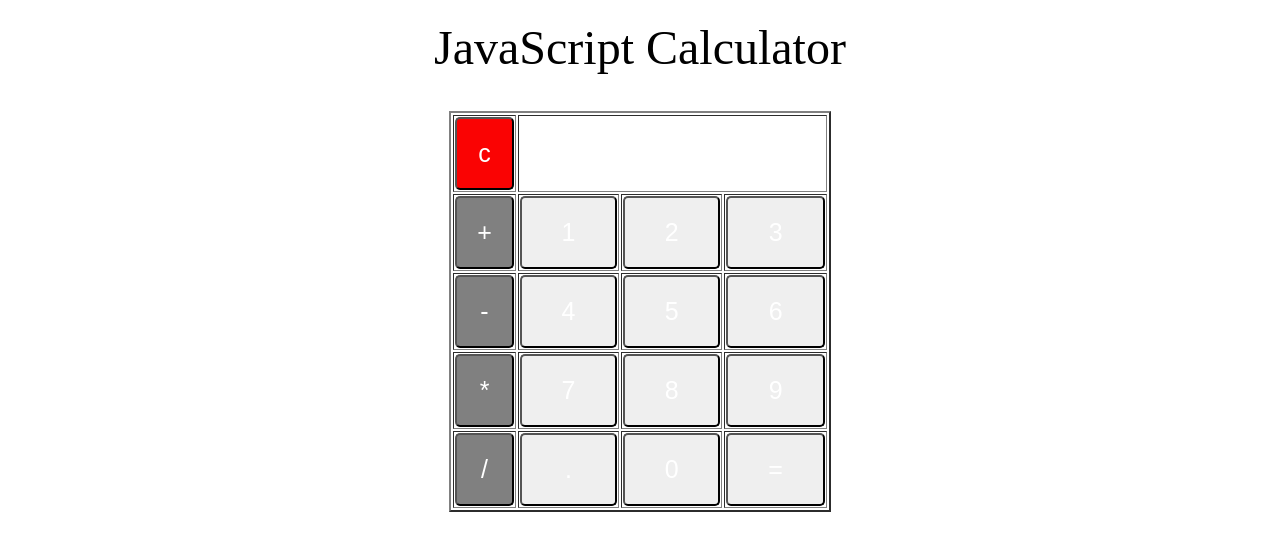
Repository: spidero7/Simple-Calculator
Page: index.html
These files come from the project's save history. The page is drawn as it stood at one moment and after a run of saves; the edit follows.
The browser window is 1280 px wide. The pictures show the whole page.

Above is the page before, as saved 2021-09-15 08:39:10.

### index.html
<!DOCTYPE html>
<html lang="en">
<head>
    <meta charset="UTF-8">
    <meta http-equiv="X-UA-Compatible" content="IE=edge">
    <meta name="viewport" content="width=device-width, initial-scale=1.0">
    <title>Calculator</title>
    <link rel="stylesheet" href="style.css">
</head>
<body>
        <div class="title">JavaScript Calculator</div>
        <div class="calculator-container">
            <table border="2">
                <tr>
                    <td><input type="button" value="c" onclick="clr()"/></td>
                    <td colspan="3"><input type="text" id="textval"/></td>
                </tr>
                <tr>
                    <td><input type="button" value="+" class="action" onclick="display('+')"/></td>
                    <td><input type="button" value="1" class="numbers" onclick="display('1')"/></td>
                    <td><input type="button" value="2" class="numbers" onclick="display('2')"/></td>
                    <td><input type="button" value="3" class="numbers" onclick="display('3')"/></td>
                </tr>
                <tr>
                    <td><input type="button" value="-" class="action" onclick="display('-')"/></td>
                    <td><input type="button" value="4" class="numbers" onclick="display('4')"/></td>
                    <td><input type="button" value="5" class="numbers" onclick="display('5')"/></td>
                    <td><input type="button" value="6" class="numbers" onclick="display('6')"/></td>
                </tr>
                <tr>
                    <td><input type="button" value="*" class="action" onclick="display('*')"/></td>
                    <td><input type="button" value="7" class="numbers" onclick="display('7')"/></td>
                    <td><input type="button" value="8" class="numbers" onclick="display('8')"/></td>
                    <td><input type="button" value="9" class="numbers" onclick="display('9')"/></td>
                </tr>
                <tr>
                    <td><input type="button" value="/" class="action" onclick="display('/')"/></td>
                    <td><input type="button" value="." class="numbers" onclick="display('.')"/></td>
                    <td><input type="button" value="0" class="numbers" onclick="display('0')"/></td>
                    <td><input type="button" value="=" class="equals" onclick="equals()"/></td>
                </tr>
            </table>
        </div>
    <script src="app.js"></script>
</body>
</html>

### style.css
* {
    box-sizing: border-box;
}

body {
    margin: 0;
    padding: 0;
}

.calculator-container {
    display: flex;
    justify-content: center;
    align-items: center;
    width: 100vw;
    height: 60vh;
}

.title {
    display: flex;
    text-align: center;
    margin: 20px;
    font-size: 3rem;
    justify-content: center;
}


input[type="button"] {
    color: white;
    border-radius: 5px;
    border-color: black;
    width: 100%;
    padding: 20px;
    font-size: 25px;
    cursor: pointer;
}

input[type="text"] {
    text-align: right;
    background-color: none;
    color: black;
    border: none;
    width: 100%;
    padding: 20px;
    font-size: 20px;
}

input[value="c"] {
    background-color: rgb(250, 3, 3);
}

.action {
    background-color: grey;
}

.numbers

### app.js
function display(val) {
    document.getElementById("textval").value+=val
}

function equals() {
    let x = document.getElementById("textval").value
    let y = eval(x)
    document.getElementById('textval').value = y
}

function clr() {
    document.getElementById('textval').value = ""
}

After the next 2 saves:
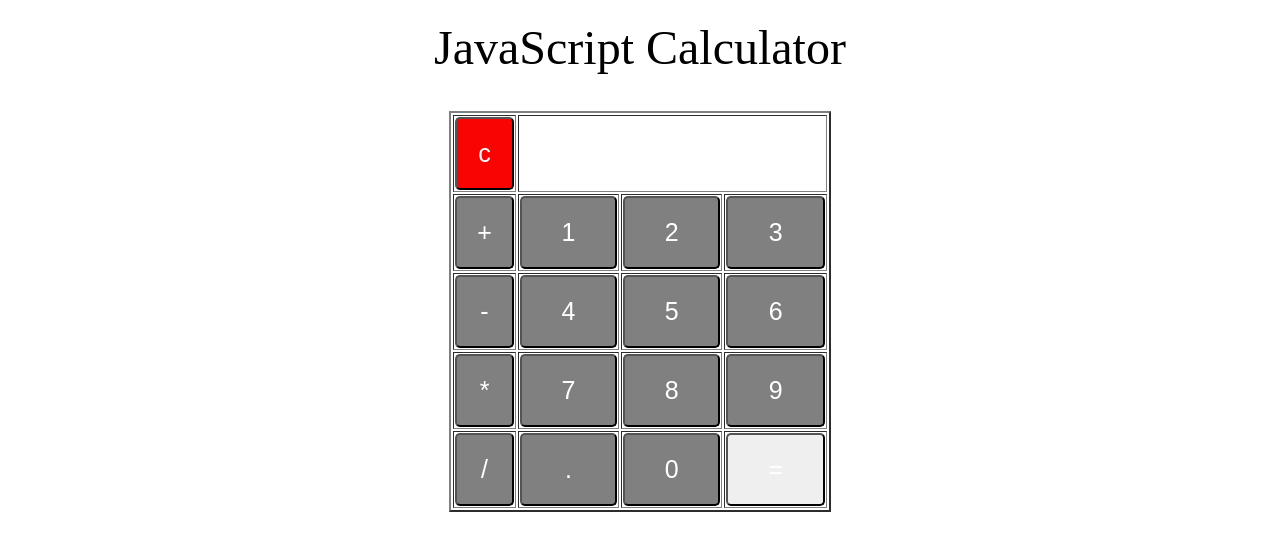
The 2 saves are shown as one change because they came seconds apart.
The last was saved 10 s later.
--- a/style.css
+++ b/style.css
@@ -52,4 +52,6 @@ input[value="c"] {
     background-color: grey;
 }
 
-.numbers
+.numbers {
+    background-color: grey;
+}
